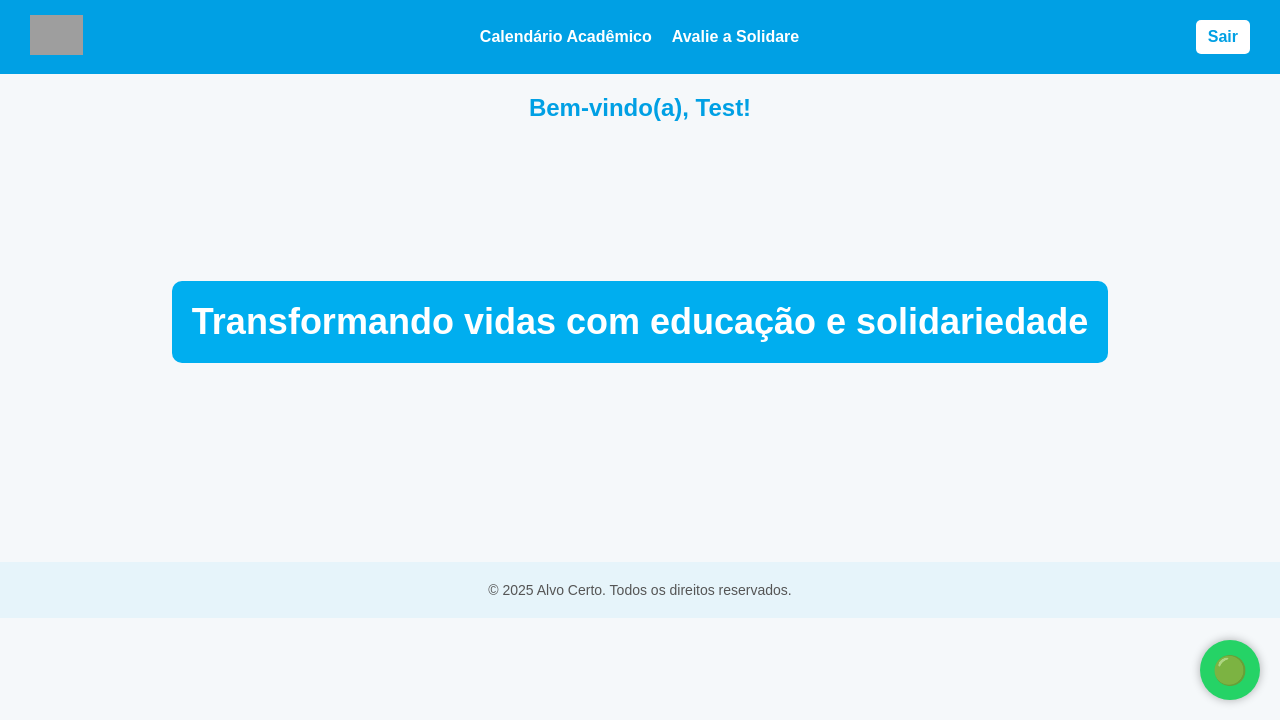
Repository: Guilherme-burle/Portal-do-Aluno-P2
Page: http://localhost/
The author's editor kept a copy of each file at every save. The page is drawn from the files as they stood at one save, then again after a run of saves.
The browser window is 1280 px wide. The pictures show the whole page.
Pictures or frames that could not be fetched are drawn as grey boxes. The page is served by the project's application, run on Django 5.2 (PortaldoAluno/manage.py). A made-up administrator, testuser (Test User, test@example.com), is signed in.

Above is the page before, as saved 2025-05-16 16:50:14.

After the next 2 saves:
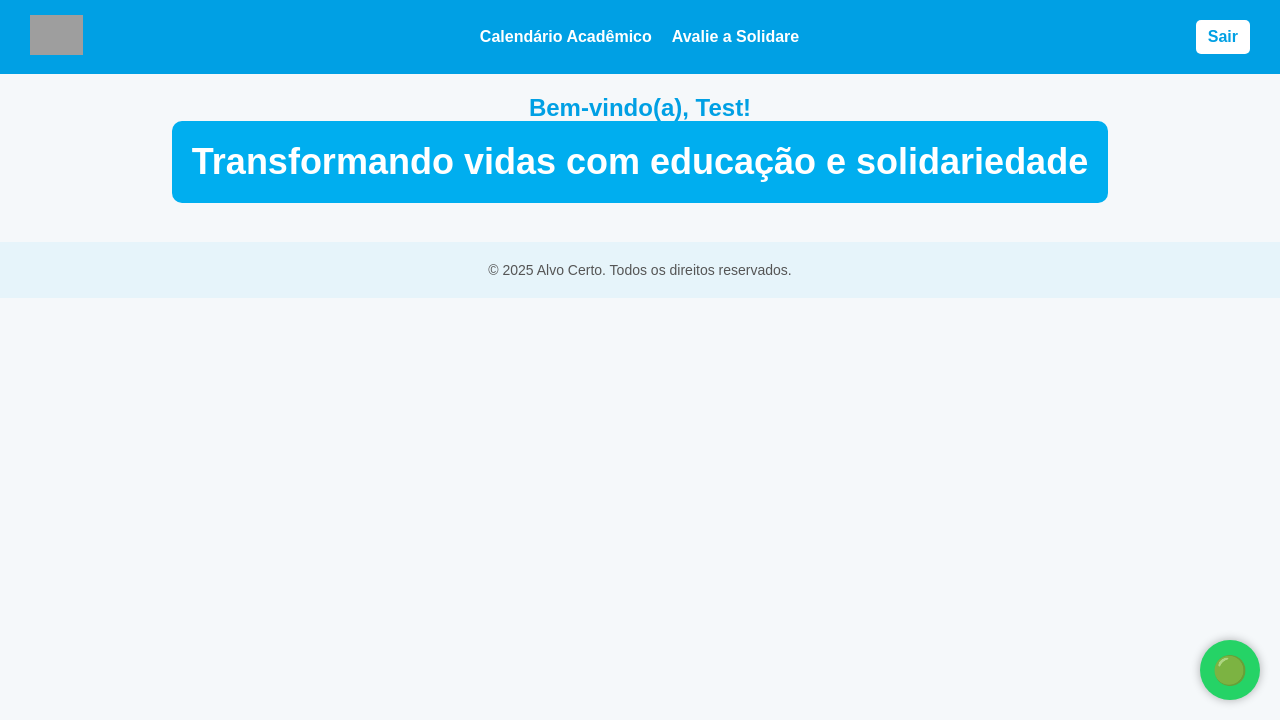
The 2 saves are shown as one change because they came seconds apart.
The last was saved 9 s later.
--- a/PortaldoAluno/Aplicativo/templates/home.html
+++ b/PortaldoAluno/Aplicativo/templates/home.html
@@ -70,7 +70,7 @@
     .banner {
       background-size: cover;
       background-position: center;
-      height: 360px;
+      height: 40px;
       display: flex;
       align-items: center;
       justify-content: center;
